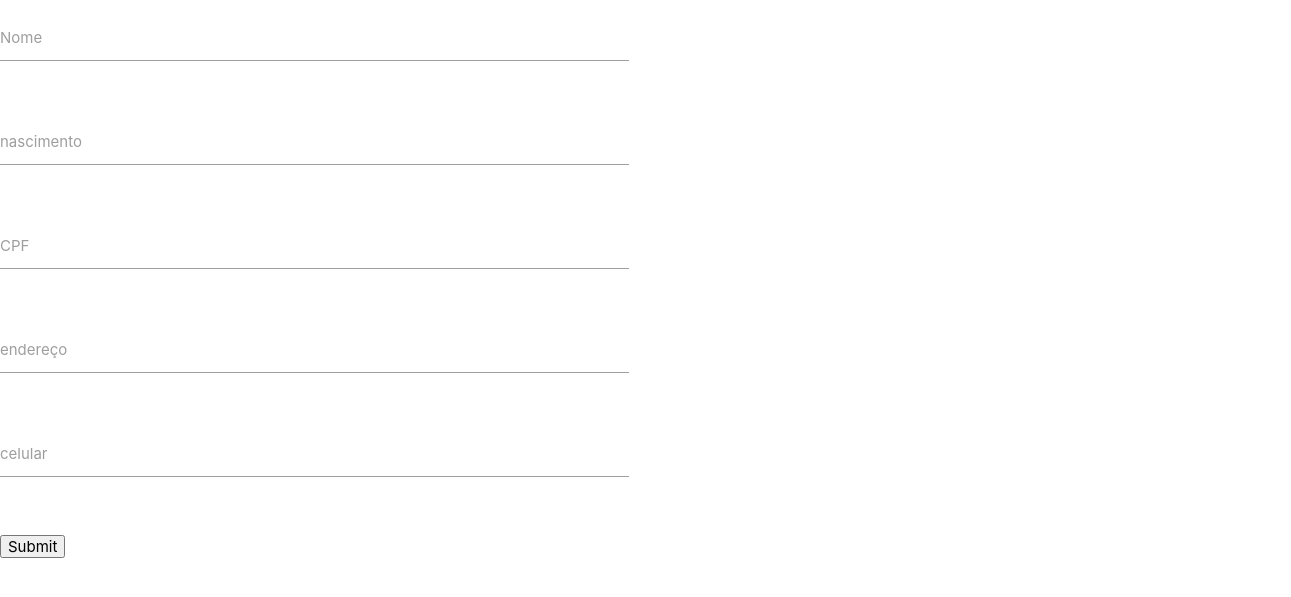
Repository: luizasilveira/TechWeb
Page: Projeto1/techWebP1/WebContent/register.html
An editor plug-in stored every save of this project. The page is shown before and after the next save, followed by the edit.
The browser window is 1280 px wide. The page is 1291 px wide, so the pictures cover 1291 px, including what lies to the right of the window. The pictures show the whole page.

Above is the page before, as saved 2019-09-08 17:51:36.

### Projeto1/techWebP1/WebContent/register.html
<!DOCTYPE html>
<html>
<head>
<meta charset="ISO-8859-1">
<title>HOME</title>
<!--Import Google Icon Font-->
<link href="https://fonts.googleapis.com/icon?family=Material+Icons"
	rel="stylesheet">
<!--Import materialize.css-->
<link rel="stylesheet"
	href="https://cdnjs.cloudflare.com/ajax/libs/materialize/1.0.0/css/materialize.min.css">
</head>

<body>
	<form action="./AddClients" method="POST" class="col s12">
		<div class="row">
			<div class="input-field col s6">
				<input id="Nome" type="text" class="validate"> <label
					for="first_name">Nome </label>
			</div>
		</div>
		<div class="row">
			<div class="input-field col s6">
				<input id="nascimento" type="text" class="validate"> <label
					for="nascimento">nascimento</label>
			</div>
		</div>
		<div class="row">
			<div class="input-field col s6">
				<input id="CPF" type="text" class="validate"> <label
					for="CPF">CPF</label>
			</div>
		</div>
		<div class="row">
			<div class="input-field col s6">
				<input id="endereço" type="text" class="validate"> <label
					for="endereço">endereço</label>
			</div>
		</div>
		<div class="row">
			<div class="input-field col s6">
				<input id="celular" type="text" class="validate"> <label
					for="celular">celular</label>
			</div>
		</div>
		<div class="row">
			<div class="input-field col s6">
				<input id="enviar" type='submit' value='Submit'>
			</div>
		</div>
	</form>

	<script src="https://code.jquery.com/jquery-1.12.0.min.js"></script>
	<script
		src="https://cdnjs.cloudflare.com/ajax/libs/materialize/1.0.0/js/materialize.min.js"></script>





</body>
</html>

After the next save:
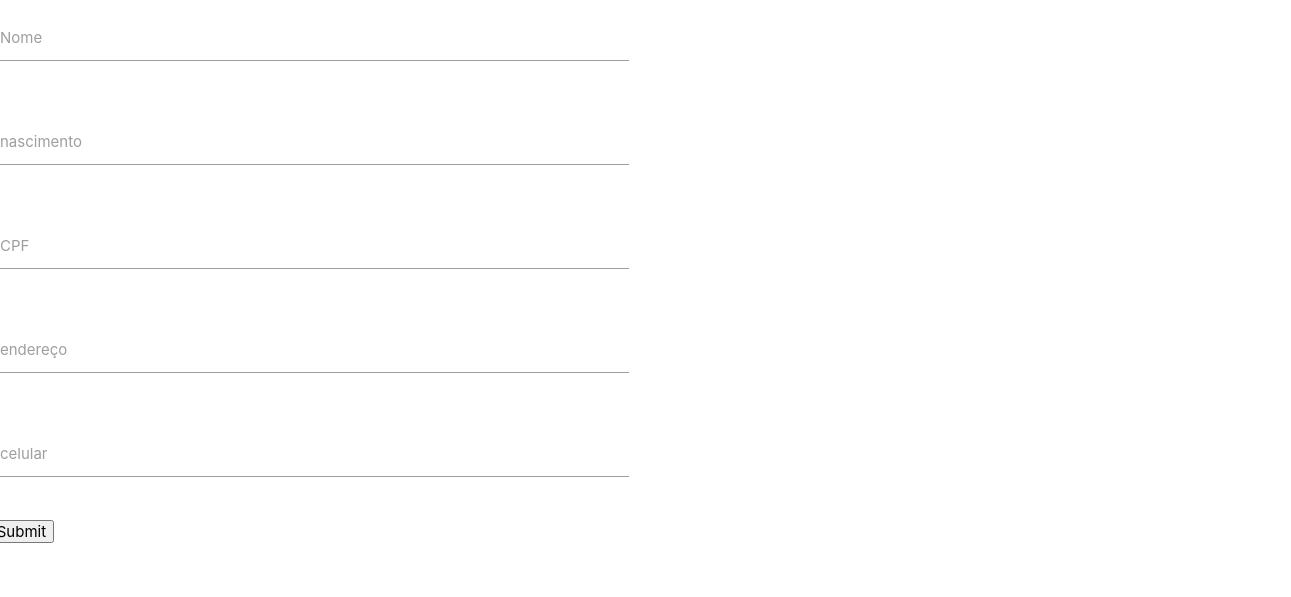
Saved 76 s later.
--- a/Projeto1/techWebP1/WebContent/register.html
+++ b/Projeto1/techWebP1/WebContent/register.html
@@ -44,9 +44,7 @@
 			</div>
 		</div>
 		<div class="row">
-			<div class="input-field col s6">
 				<input id="enviar" type='submit' value='Submit'>
-			</div>
 		</div>
 	</form>
 
